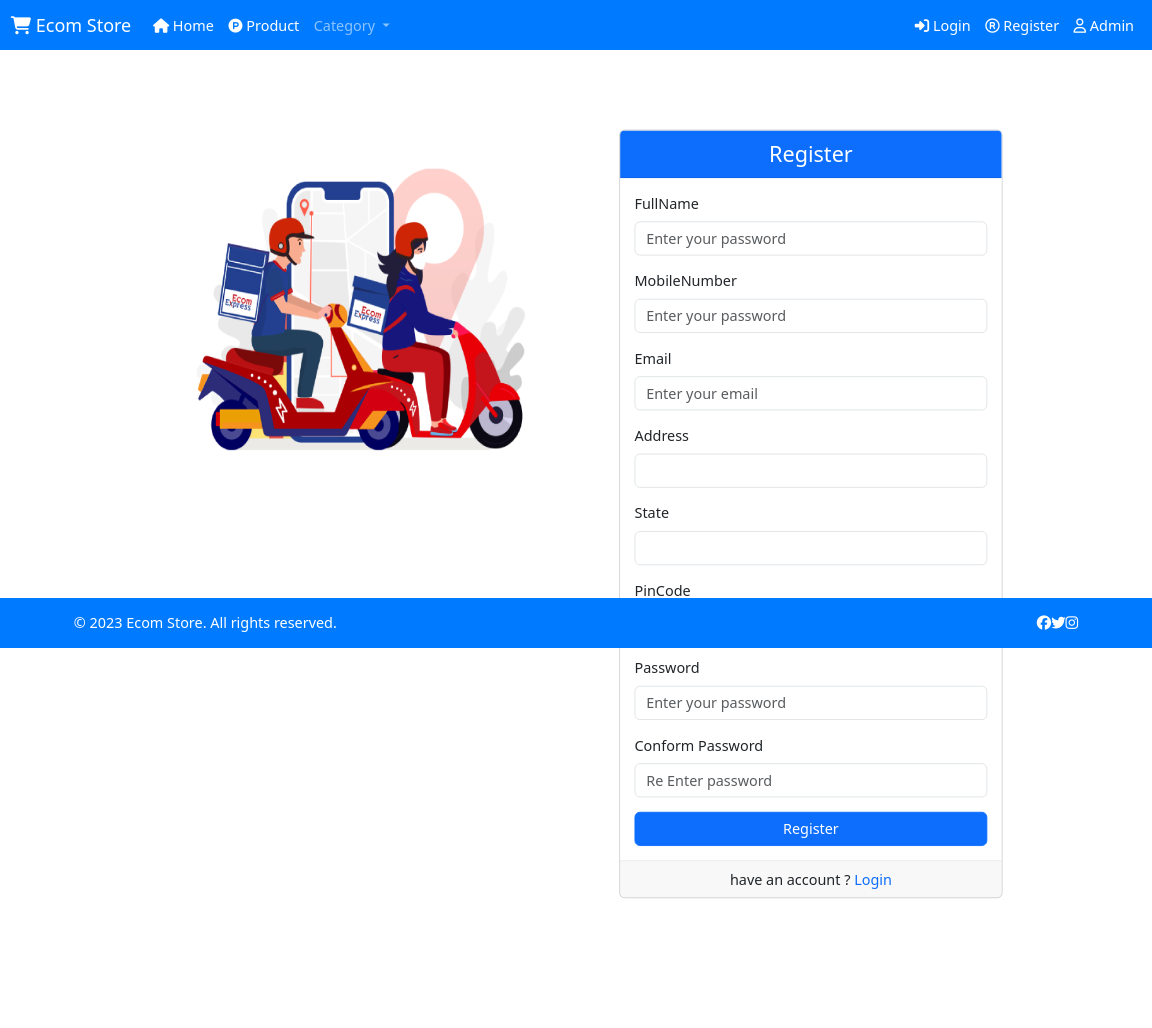
Repository: Deva-bot/EcomProject
Page: http://localhost/register
An editor plug-in stored every save of this project. The page is shown before and after the next save, followed by the edit.
The browser window is 1280 px wide. The pictures show the whole page, at 90% of full size.
The page is this project's Thymeleaf template; nobody is signed in. The template is opened directly, without the code that normally fills it, so the values that code supplies are empty.

Above is the page before, as saved 2024-07-12 14:59:50.

After the next save:
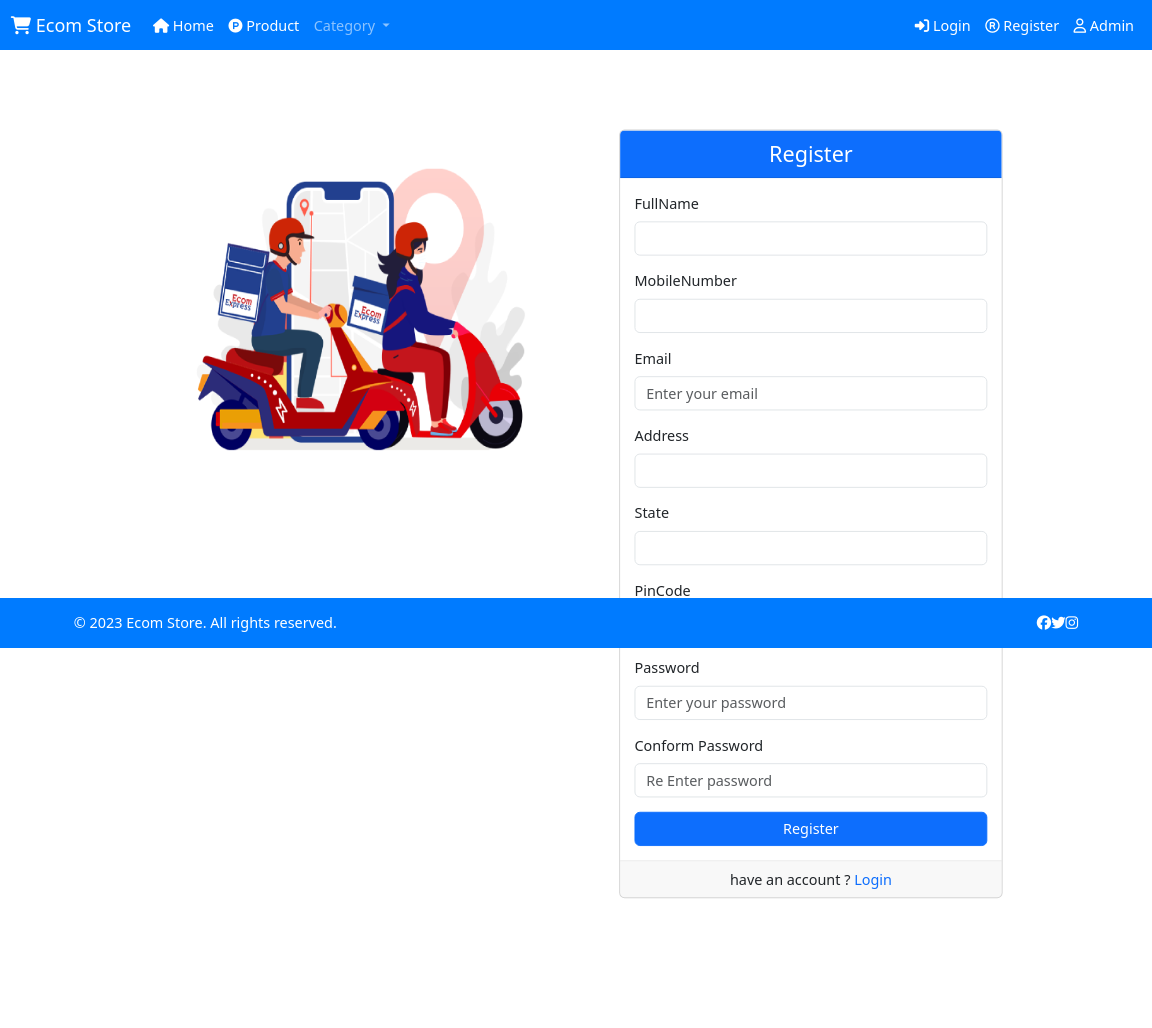
Saved 15 s later.
--- a/Shopping_Cart/src/main/resources/templates/register.html
+++ b/Shopping_Cart/src/main/resources/templates/register.html
@@ -23,12 +23,12 @@
 								<div class="mb-3">
 									<label class="form-label" for="password">FullName</label>
 									<input class="form-control" id="password" name="password" type="password"
-										placeholder="Enter your password">
+										>
 								</div>
 								<div class="mb-3">
 									<label class="form-label" for="password">MobileNumber</label>
 									<input class="form-control" id="password" name="password" type="password"
-										placeholder="Enter your password">
+										>
 								</div>
 
 								<div class="mb-3">
